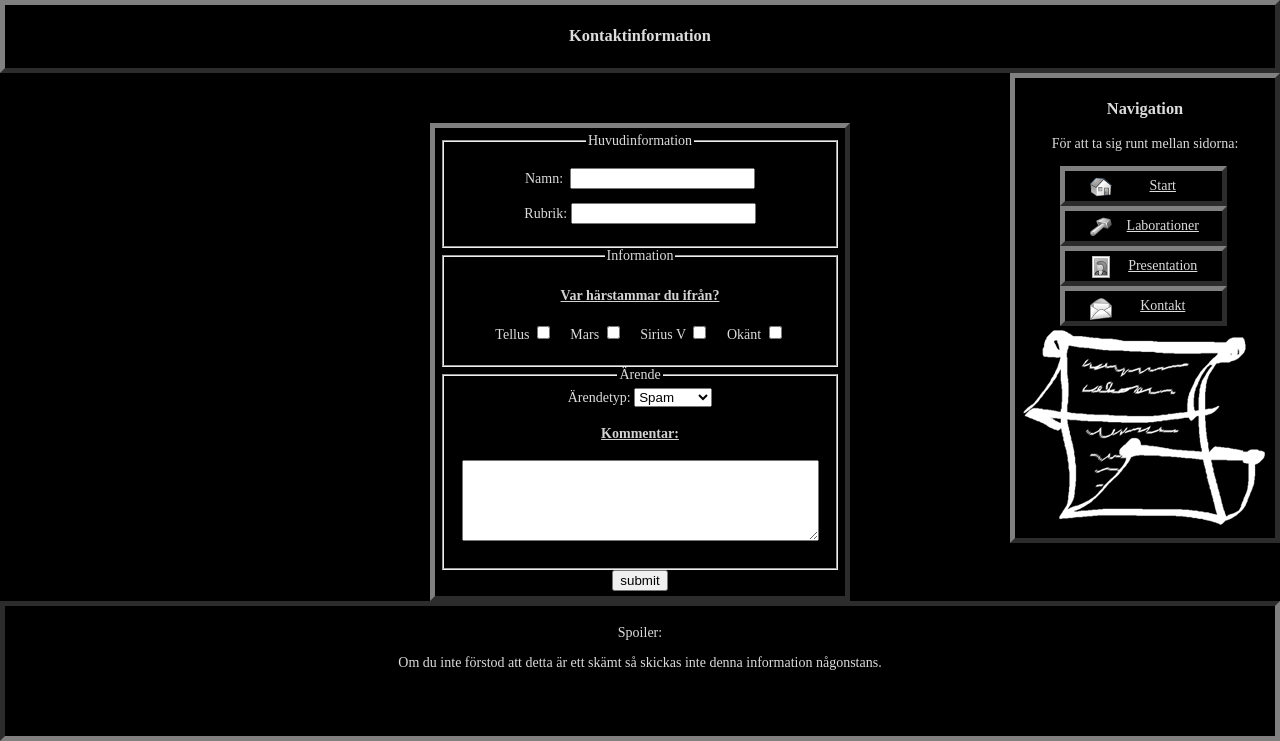
Repository: cg222im/1IK415_cg222im
Page: pages/kontakt.html
The author's editor kept a record of every edit. The page is drawn from the files as they stood at one moment, then again after the next edit.
The browser window is 1280 px wide. The pictures show the whole page.

Above is the page before.

After the next edit:
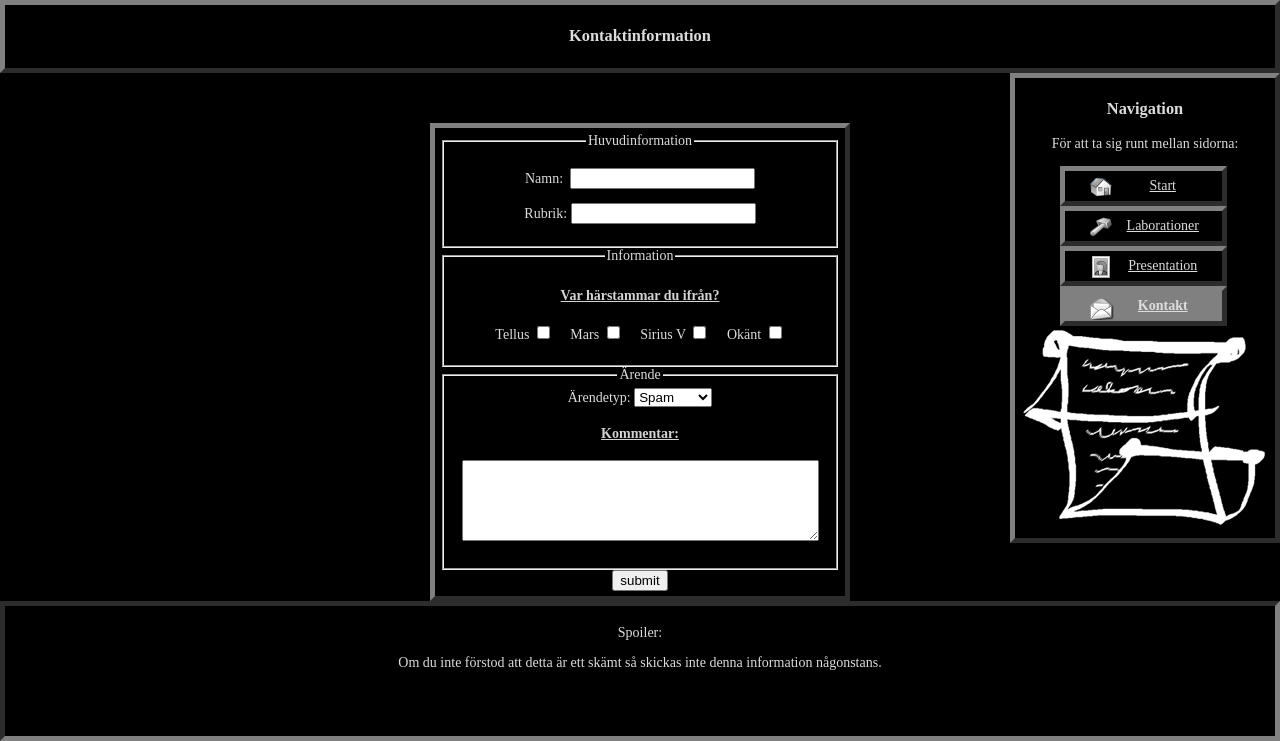
The edit:
--- a/pages/kontakt.html
+++ b/pages/kontakt.html
@@ -27,7 +27,7 @@
                         </li>
                         <li id="presentation"><a href="pages/presentation.html"><span></span>Presentation</a>
                         </li>
-                        <li id="kontakt"><a href="pages/kontakt.html"><span></span>Kontakt</a>
+                        <li id="kontakt"><a href="pages/kontakt.html" id="active"><span></span>Kontakt</a>
                         </li>
                     </ul>
                     <div id="logo"></div>
